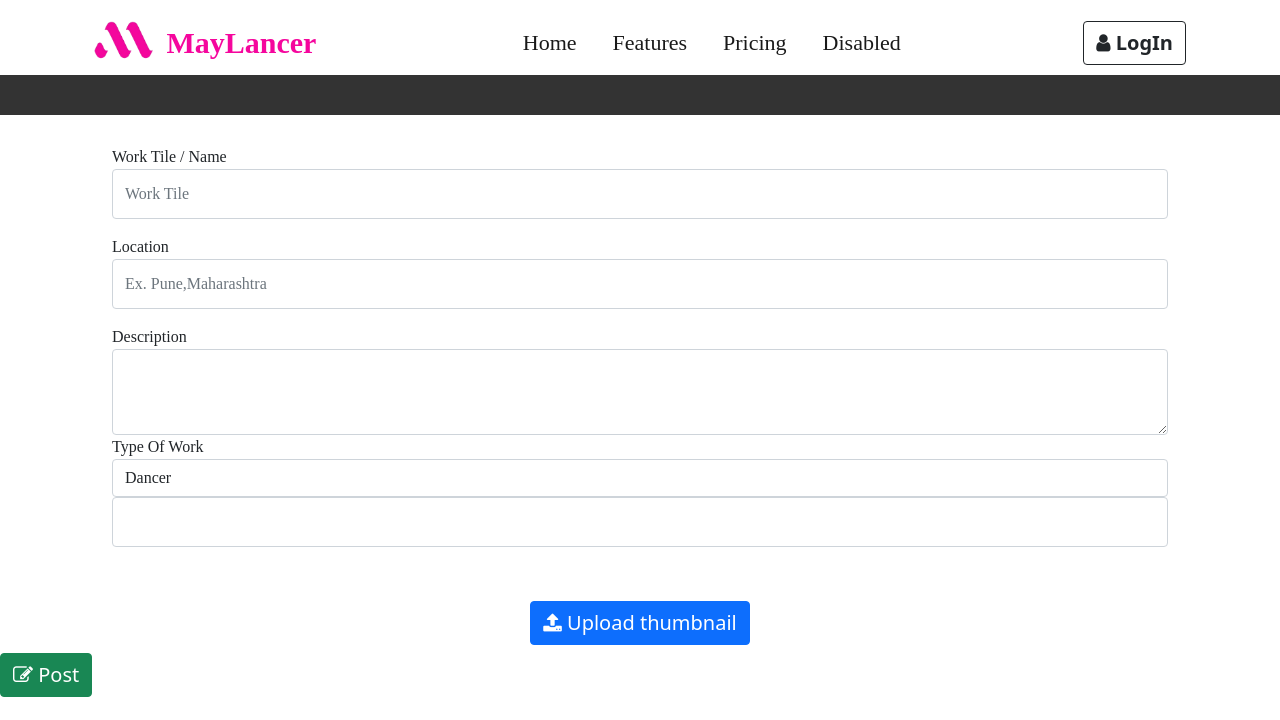
Repository: prathmesh2023/maylancers
Page: http://localhost/post_job
These files come from the project's save history. The page is drawn as it stood at one moment and after the next save; the edit follows.
The browser window is 1280 px wide. The pictures show the whole page.
Some web fonts or font styles are not loaded; a fallback is used. Some web libraries are served in a nearby version. The page is served by the project's application, run on Django 3.2 (manage.py). The page reads the database file committed with the project.

Above is the page before, as saved 2022-01-24 02:47:29.

After the next save:
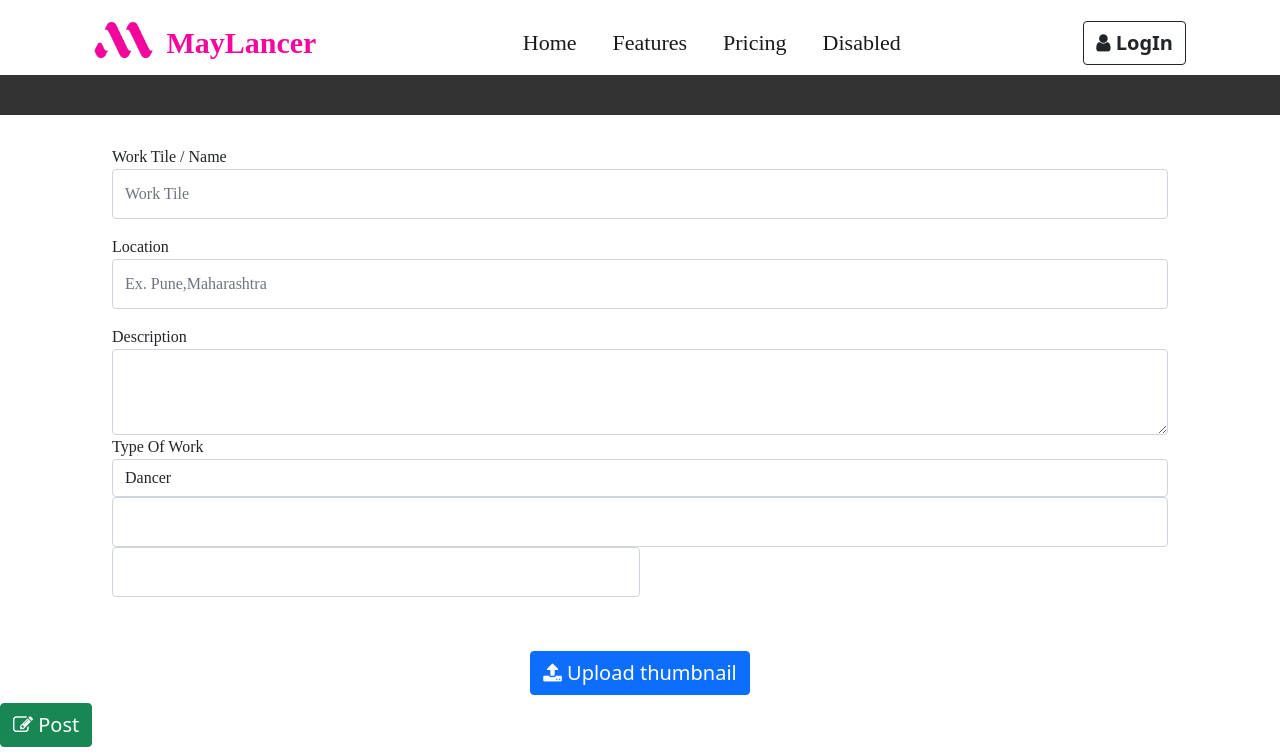
Saved 38 s later.
--- a/templates/postjob.html
+++ b/templates/postjob.html
@@ -31,9 +31,17 @@
           </div>
 
           <div class="form-group">
+              <div class="row">
+
               <div class="col-6">
                   <input type="text" class="form-control">
               </div>
+
+              <div class="col-6">
+                <input type="text" class="form-control">
+            </div>
+
+            </div>
           </div>
 
 
